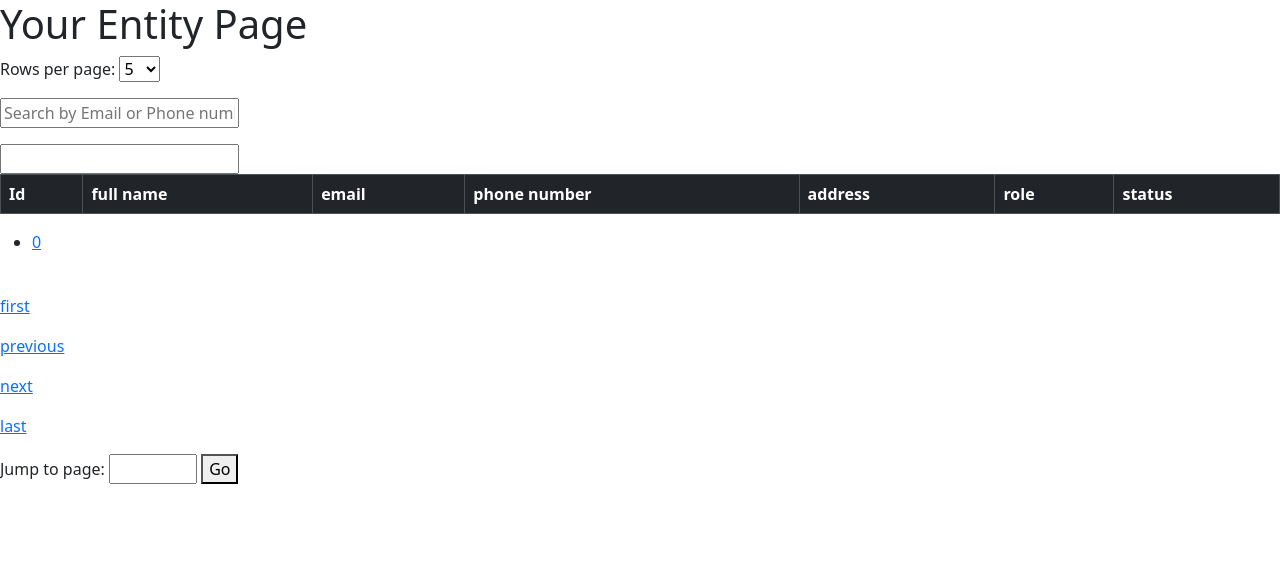
Repository: haitmq97/java-lab
Page: http://localhost/PRJ321x_Project1_haitmqfx22585/WEB-INF/views/page-list.jsp
The author's editor kept a copy of each file at every save. The page is drawn from the files as they stood at one save, then again after the next save.
The browser window is 1280 px wide. The pictures show the whole page.
The page is served by Tomcat 9. Nobody is signed in. Other server files are loaded and not shown. The template is opened directly, without the code that normally fills it, so the values that code supplies are empty.

Above is the page before, as saved 2024-01-13 19:41:50.

### PRJ321x_Project1_haitmqfx22585/WebContent/WEB-INF/views/page-list.jsp
<%@ page contentType="text/html;charset=UTF-8" language="java"%>
<%@ taglib prefix="c" uri="http://java.sun.com/jsp/jstl/core"%>
<html>
<head>
<title>Your Entity Page</title>

<meta name="viewport" content="width=device-width, initial-scale=1">

<link
	href="https://cdn.jsdelivr.net/npm/bootstrap@5.3.2/dist/css/bootstrap.min.css"
	rel="stylesheet"
	integrity="sha384-T3c6CoIi6uLrA9TneNEoa7RxnatzjcDSCmG1MXxSR1GAsXEV/Dwwykc2MPK8M2HN"
	crossorigin="anonymous">



</head>
<body>
	<h1>Your Entity Page</h1>

	<form action="" method="get">
		<label for="pageSize">Rows per page:</label> <select id="pageSize"
			name="size" onchange="this.form.submit()">
			<option value="5" ${paginatedData.size == 5 ? 'selected' : ''}>5</option>
			<option value="10" ${paginatedData.size == 10 ? 'selected' : ''}>10</option>
			<option value="15" ${paginatedData.size == 15 ? 'selected' : ''}>15</option>
			<option value="20" ${paginatedData.size == 20 ? 'selected' : ''}>20</option>
			<!-- Add more options as needed -->
		</select>
		<noscript>
			<input type="submit" value="Submit">
		</noscript>
	</form>
	<%--
	<form action="" method="get">
		<input type="text" name="searchingValue" value="${searchingValue}"
			placeholder="Search by Email or Phone number"
			oninput="this.form.submit()"></input>

		<noscript>
			<input type="submit" value="Submit">
		</noscript>
	</form>

--%>

	<form action="" method="get">
		<input type="text" name="searchInput"
			placeholder="Search by Email or Phone number"
			oninput="return changeVariable(this.value)"></input>

		<noscript>
			<input type="submit" value="Submit">
		</noscript>
	</form>
	<p></p>
	<input type="text" id="a1"  name="searchingValue" value="${searchingValue}"></input>


	<%-- customer list --%>
	<table
		class="table table-bordered table-striped border-black table-success">
		<thead>
			<tr class="table-dark">
				<th>Id</th>
				<th>full name</th>
				<th>email</th>
				<th>phone number</th>
				<th>address</th>
				<th>role</th>
				<th>status</th>

			</tr>
		</thead>

		<tbody class="table-group-divider">
			<!-- loop over and print customer in list -->


			<c:forEach var="tempUser" items="${paginatedData.content}">
				<tr>
					<td>${tempUser.id}</td>
					<td>${tempUser.fullName}</td>
					<td>${tempUser.email}</td>
					<td>${tempUser.phoneNumber}</td>
					<td>${tempUser.address}</td>
					<td>${tempUser.role.roleName}</td>
					<td>${tempUser.status}</td>

				</tr>
			</c:forEach>
		</tbody>
	</table>


	<div>
		<ul>
			<c:forEach var="i" begin="${paginatedData.number}"
				end="${paginatedData.totalPages}">
				<li><a href="?page=${i}&size=${paginatedData.size}">${i}</a></li>
			</c:forEach>
		</ul>

		<br>
		<div>
			<p>
				<a
					href="?page=0&size=${currentSize}&searchingValue=${searchingValue}">first</a>
			</p>
			<p>
				<a
					href="?page=${prevPage}&size=${currentSize}&searchingValue=${searchingValue}">previous</a>
			</p>
			<p>
				<a
					href="?page=${nextPage}&size=${currentSize}&searchingValue=${searchingValue}">next</a>
			</p>
			<p>
				<a
					href="?page=${paginatedData.totalPages-1}&size=${currentSize}&searchingValue=${searchingValue}">last</a>
			</p>



			<form action="" method="get">
				<label for="jumpToPage">Jump to page:</label> <input type="number"
					id="jumpToPage" name="page" min="0"
					max="${paginatedData.totalPages - 1}" required> <input
					type="hidden" name="size" value="${currentSize}">
				<button type="submit">Go</button>
			</form>

		</div>

	</div>


	<script>
		function changeVariable(stringParam) {
			document.getElementById("a1").value = stringParam;
			return true;
		}
	</script>

</body>
</html>

After the next save:
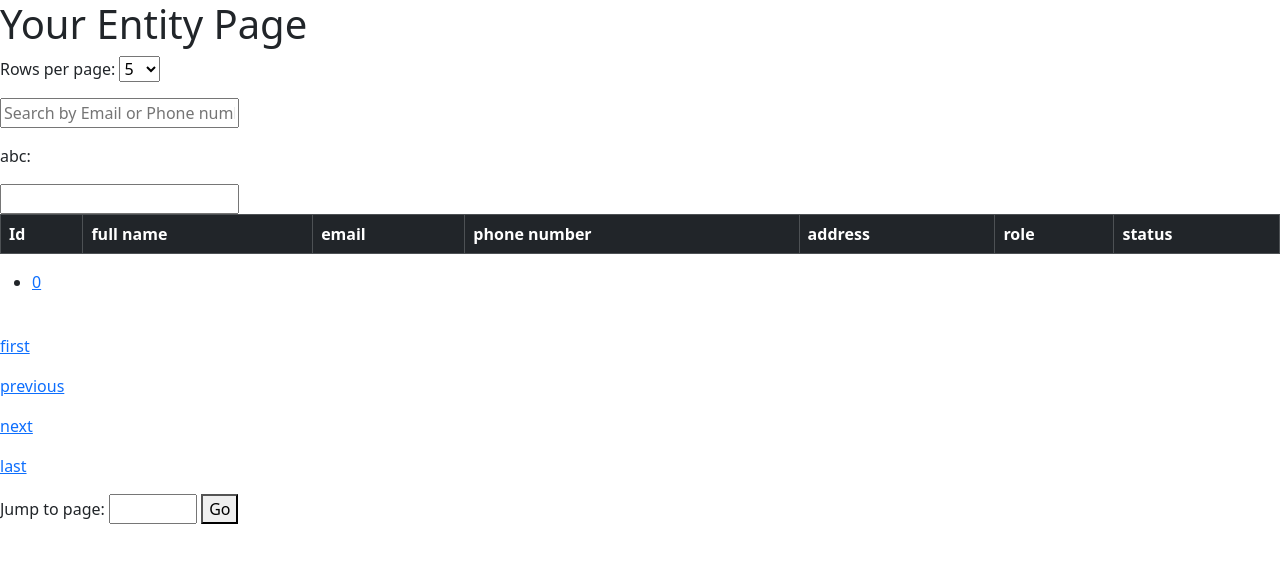
Saved 4 s later.
--- a/PRJ321x_Project1_haitmqfx22585/WebContent/WEB-INF/views/page-list.jsp
+++ b/PRJ321x_Project1_haitmqfx22585/WebContent/WEB-INF/views/page-list.jsp
@@ -53,7 +53,7 @@
 			<input type="submit" value="Submit">
 		</noscript>
 	</form>
-	<p></p>
+	<p>abc:  </p>
 	<input type="text" id="a1"  name="searchingValue" value="${searchingValue}"></input>
 
 
